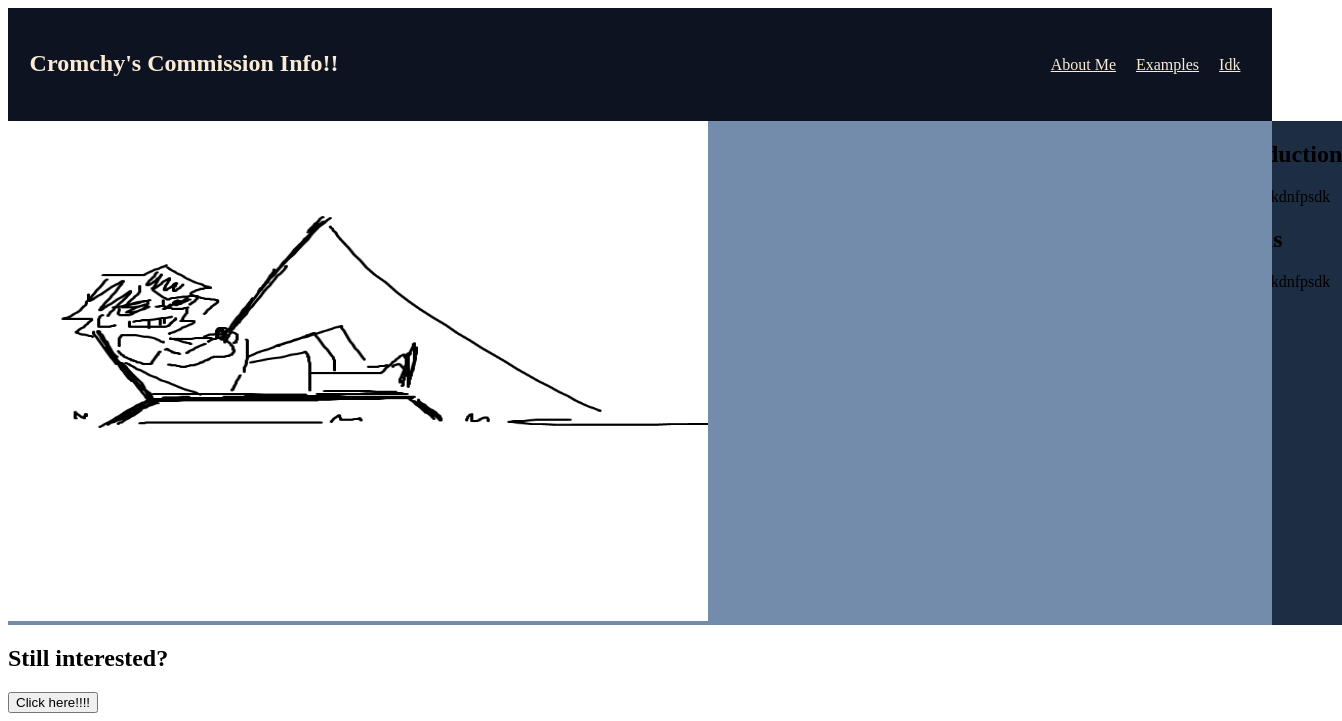
Repository: crackaLack1n/Cromchys_Commission_Site
Page: /
The author's editor kept a copy of each file at every save. The page is drawn from the files as they stood at one save, then again after the next save.
The browser window is 1280 px wide. The page is 1342 px wide, then 1280 px, so the pictures cover 1342 px, including what lies to the right of the window. The pictures show the whole page.
The project was rebuilt for these pictures with package versions that can differ from the ones it lists, and the page was loaded fresh each time. The framework's server and built-in components were replaced by stand-ins that run in the browser. Also part of the build but not shown: next.config.mjs.

Above is the page before, as saved 2024-06-11 14:55:13.

After the next save:
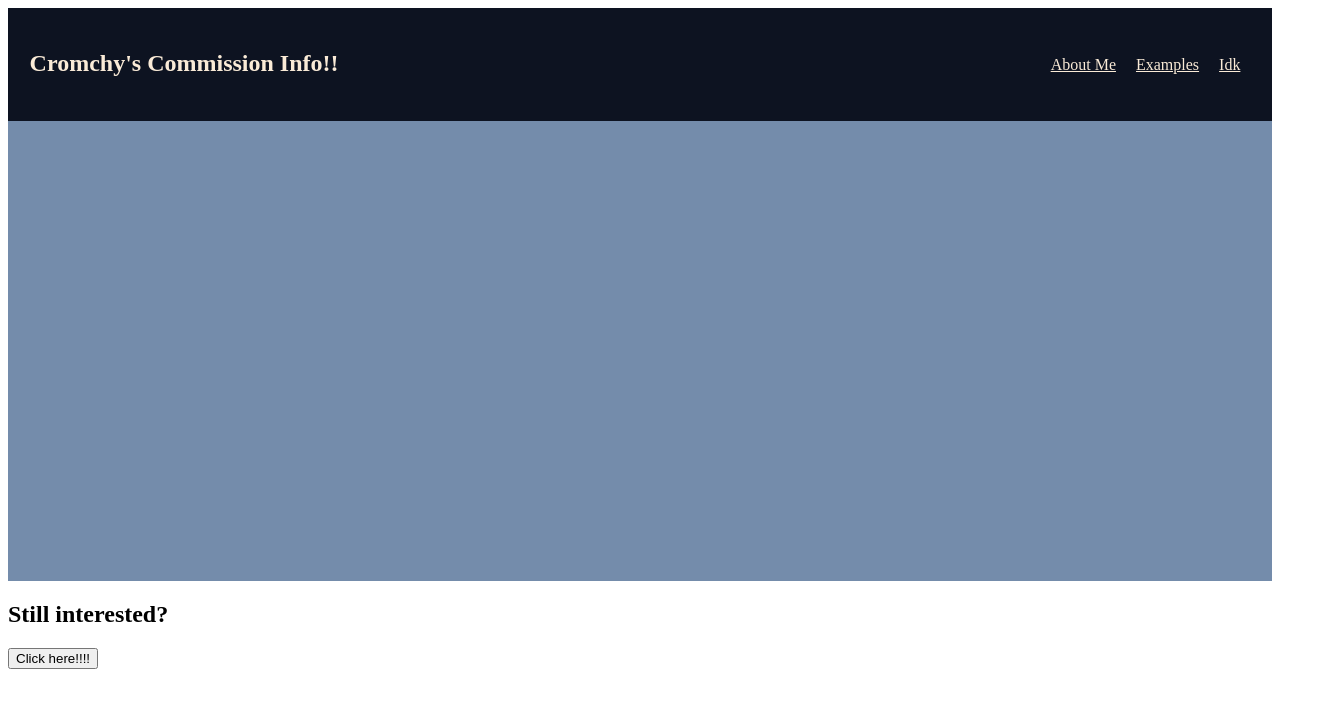
Saved 5 s later.
--- a/pages/index.js
+++ b/pages/index.js
@@ -23,7 +23,7 @@ export default function Home() {
       <Header />
       <main className={`${styles.main}`}>
         <div className={styles.image}>
-          <Image src={'/images/banner2.png'} height={500} width={700}></Image>
+
         </div>
         <div className={styles.mainContainer}>
           <div className={styles.containerLeft}>
